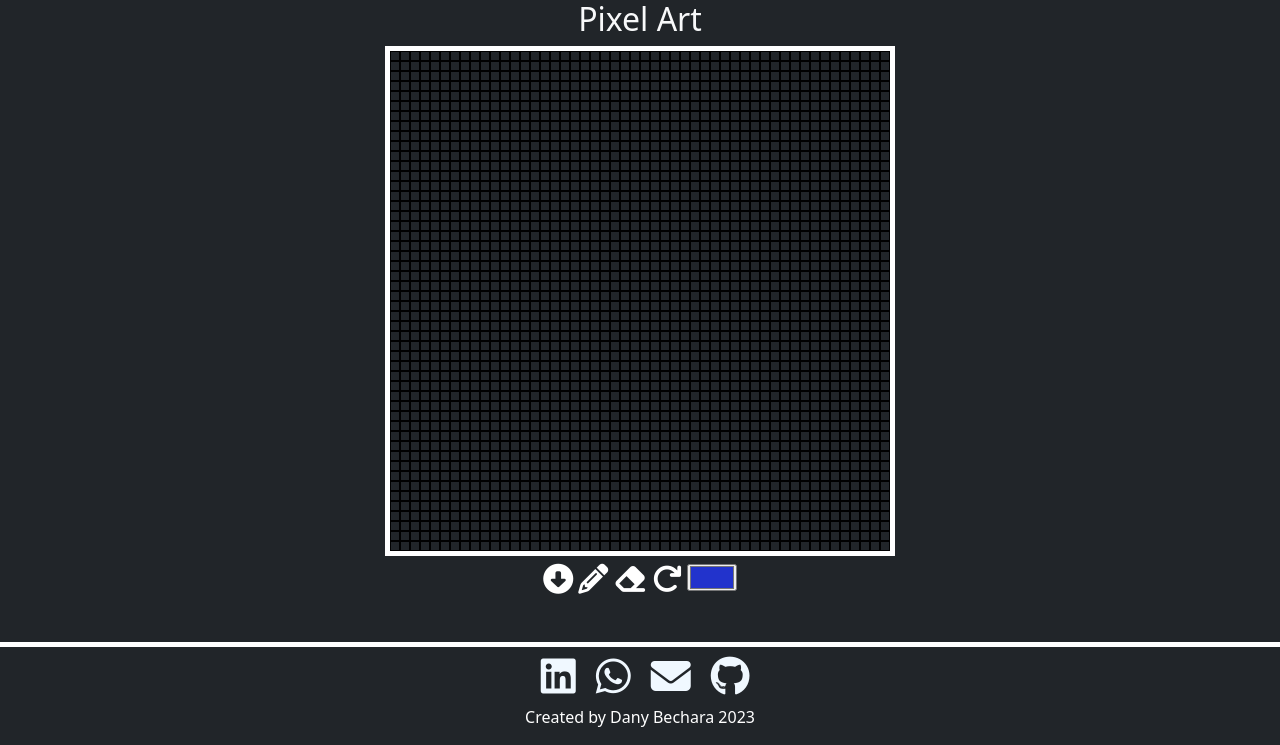
Repository: bechara611/pixelartdb
Page: /
The author's editor kept a copy of each file at every save. The page is drawn from the files as they stood at one save, then again after the next save.
The browser window is 1280 px wide. The pictures show the whole page.
Some web libraries are served in a nearby version. The project was rebuilt for these pictures with package versions that can differ from the ones it lists, and the page was loaded fresh each time. Also part of the build but not shown: vite.config.js.

Above is the page before, as saved 2023-03-07 21:04:17.

### index.html
<!DOCTYPE html>
<html lang="en">
  <head>
    <meta charset="UTF-8" />
    <link rel="icon" type="image/svg+xml" href="/vite.svg" />
    <meta name="viewport" content="width=device-width, initial-scale=1.0" />
    <title>Vite + React</title>

    <link rel="stylesheet" href="https://cdnjs.cloudflare.com/ajax/libs/font-awesome/6.3.0/css/all.min.css">
  </head>
  <body>
    <div id="root"></div>
    <script type="module" src="/src/main.jsx"></script>
  </body>
</html>

### src/main.jsx
import React from 'react'
import ReactDOM from 'react-dom/client'
import App from './App'
import 'bootstrap/dist/css/bootstrap.min.css'
import 'bootstrap/dist/js/bootstrap.bundle.js'

ReactDOM.createRoot(document.getElementById('root')).render(
  <>
  <App />

  </>

)

### src/App.jsx

import { useEffect, useState } from 'react'
import './App.css'
import { SelectableGroup } from 'react-selectable-fast'
import { Pixel } from './Pixel'
import { Footer } from './Footer'

const App = () => {
  const [pixels, setPixels] = useState([])
  const [isSelecting, setIsSelecting] = useState(false)
  const [startIndex, setStartIndex] = useState(null)
  const [colorActual, setcolorActual] = useState('#2233cc')
  const [lapiz,setLapiz]= useState(true);

  useEffect(() => {
    let contenedor = document.getElementById('contenedor')
    let divsAloAlto = Math.floor(contenedor.offsetHeight / 10)
    let divsAlOancho = Math.floor(contenedor.offsetWidth / 10);
    //para saber cuantos divs necesita un contenedor multiplica el numero de divs a lo alto * el numero de divds a lo ancho
    setPixels(Array.from({ length: divsAloAlto * divsAlOancho }, () => { return { active: false, color: colorActual } }))

  }, [])
  const onReset = () => {
    let pixelesCopy = [];
    pixelesCopy = [...pixels]
    for (let i = 0; i < pixels.length; i++) {
      pixelesCopy[i] = { active: false, color: 'transparent' }
    }
    setPixels(pixelesCopy)
  }
  const funcionArray = (index) => {
    let nuevoArray = [...pixels]
    nuevoArray[index] = { active: true, color: colorActual }
    setPixels(nuevoArray)
  }

  useEffect(() => {
    //console.log({ pixels })
  }, [pixels])

  const onMouseDown = (index) => {
    setIsSelecting(true);
    setStartIndex(index)
    // console.log('onMouseDown')
  }


  const onMouseOver2 = (index) => {
    if (isSelecting) {
      const pixelsupdated = [...pixels]
      pixelsupdated[index] = { ...pixelsupdated[index], active: true, color: colorActual }

      setPixels(pixelsupdated)

    }
    // console.log('onMouseOver')
  }

  const onMouseUp2 = (index) => {
    setIsSelecting(false)

  }
  return (
    <>
      <div className="bg-dark fondo">
        <div className="col-12 contenedor-05 ">
          <div className="contenedor-mayor header">
            <h2 className='text-light'>Pixel Art</h2>

          </div>
        </div>
        <div className="contenedor-mayor ">
          <div className="contorno">
            <div className={`contenedor ${!lapiz ? 'cursorBorrador' : 'cursorLapiz'}`} id='contenedor'>

              {

                pixels.map((a, index) => {
                  return <Pixel key={index}
                    color={a.color}
                    active={a.active}
                    funcion={() => funcionArray(index)}
                    onMouseDown={() => { onMouseDown(index) }}
                    onMouseUp={() => { onMouseUp2(index) }}
                    onMouseOver={() => { onMouseOver2(index) }}
                  ></Pixel>
                })

              }

            </div>
          </div>
        </div>
        <div className="col-12 contenedor-05  ">
          <div className="derecha mt-2">

          <i className="fa-solid fa-circle-down borrador" onClick={()=>{
            console.log('Descargar')
            }}></i>
          <i className="fa-solid fa-pencil borrador" onClick={()=>{ setLapiz(true)
            setcolorActual('#2233cc')
            }}></i>
            <i className="fa-solid fa-eraser borrador" onClick={()=>{ setLapiz(false)
            setcolorActual('transparent')
            }}></i>

            <i className="fa-solid fa-arrow-rotate-right  icono" onClick={() => { onReset() }}></i>
            <input type="color" className='selector' value={colorActual} onChange={(e) => {
               setcolorActual(e.target.value)
               setLapiz(true)
              }} />

          </div>

        </div>
        <div className="col-12 bg-dark">

        <Footer></Footer>
        </div>
      </div>



    </>

  )
}

export default App

### src/App.css
.fondo {
  height: 100vh;

}

.contorno {
  border: 5px solid white;
}

.contenedor-mayor {
  display: flex;
  flex-direction: row;
  justify-content: center;
  justify-self: center;
  align-items: center;

}

.contenedor-mayor2 {
 max-width: 100%;
  align-self: center;
  display: flex;
  flex-direction: row;
  justify-content: space-between;
}

.contenedor-05 {
  display: flex;
  flex-direction: row;
  justify-content: center;
}

.derecha {
  max-width: 100%;
  align-self: center;
  display: flex;
  flex-direction: row;
  justify-content: flex-end;
}

.pixel {
  width: 10px;
  height: 10px;
  border: 1px solid rgb(0, 0, 0);

  box-sizing: border-box;

}

.active {
  background: transparent;
}
.cursorBorrador{
  cursor: url(./assets/borrador.png), pointer;
}
.cursorLapiz{
cursor: url(./assets/pencil3.png), default;
}
.contenedor {

  display: flex;
  flex-direction: row;
  flex-wrap: wrap;
  width: 500px;
  height: 500px;
  max-width: 100%;

}

.icono {
  font-size: 30px;
  color: white;
  margin-right: 5px;
}
.borrador{
  font-size: 30px;
  color: white;
  margin-right: 5px;
  cursor: pointer;
}
.borrador:hover{
  font-size: 32px;
  color: rgb(191, 180, 180);
  transition: all .1s ease;
}

@keyframes rotar {
  from {
    transform: rotate(32deg);
  }

  to {
    transform: rotate(360deg);
  }
}

.icono:hover {
  color: rgb(171, 193, 216);
  cursor: pointer;
  animation-name: rotar;
  animation-duration: 1s;
  transition: all 1s ease;
  animation-iteration-count: infinite;
}

.selector{
cursor: pointer;
}

### src/Pixel.jsx
import React, { useState } from 'react'
import './App.css'
import {selectableGroup, createSelectable} from 'react-selectable-fast'
export const Pixel = (props) => {
    const [isActive, setisActive] = useState(false)
  return (

 <div className={`pixel ${props.active ? 'active' : ''}`} style={{ background:props.active ? props.color : ''}}
 onClick={()=>{
    setisActive(!isActive)
    props.funcion();
}}
onMouseDown={()=>{props.onMouseDown()}}
onMouseUp={()=>{props.onMouseUp()}}
onTouchEnd={()=>{props.onMouseUp()}}
onMouseOver={()=>{props.onMouseOver()}}
onTouchStart={()=>{{
    props.onMouseDown()
    props.onMouseOver()}}}
 >

 </div>
  )
}

### src/Footer.jsx
import React from 'react'
import './Footer.css'


let linkdn="https://linkedin.com/in/DanyBechara";
let correo="mailto:bechara611@gmail.com";
let blank='_blank';
let github='https://github.com/bechara611';
let whatssap='https://wa.me/584120361952';

export const Footer = () => {
  return (
    <>
      {/*Aca este footer le estamos colocando una posicion absolute y a su padre relativa para poder ubicarlo al final de su div padre */}
      <div className="footer col-12 mt-5 pt-1">
      <a href={linkdn} target={blank} className='animate__animated animate__lightSpeedInLeft'><i className=" linkdin fa-brands fa-linkedin iconoRedes"></i></a>
      <a href={whatssap} target={blank}  className='animate__animated animate__lightSpeedInLeft'><i className="whatssap fa-brands fa-whatsapp iconoRedes"></i></a>
      <a href={correo} target={blank}  className='animate__animated animate__lightSpeedInLeft'><i className="gmail fa-solid  fa-envelope iconoRedes"></i></a>
      <a href={github} target={blank}  className='  animate__animated animate__lightSpeedInLeft'><i className=" github fa-brands fa-github iconoRedes"></i></a>

     <div className="col-12 contenedor-mensaje-footer mt-1">
     <div className="col-12 contenedor-mensaje-footer">
     <p className='mensaje'>Created by Dany Bechara {new Date().getFullYear().toString()}</p>
     </div>

     </div>
      </div>
    </>

  )
}

### src/Footer.css
.footer{
    color: white;
    margin-top: 10px;
    border-top: 5px solid white;

    display: flex;
    flex-direction: row;
    justify-content: center;
    text-align: center;
    align-items: center;
    justify-items: center;
 flex-wrap: wrap;

}

.iconoRedes{
    font-size: 40px;
    padding-left: 10px;
    margin: 5px;
    color: aliceblue;
}

.github:hover{
    color: #6e5494;

}

.whatssap:hover{
color: #25d366;
}

.gmail:hover{
color:#cc0000;
}
.linkdin:hover{
color:#00a0dc;
}

.contenedor-mensaje-footer{
    display: flex;
    flex-direction: row;
    justify-content: center;
    text-align: center;
    align-items: center;
    justify-items: center;
}

/*?RESPONSIVE*/

@media(max-width:255px){
    .iconoRedes{
        font-size: 30px;
        padding-left: 5px;
    }
    .mensaje{
        font-size: 10px;
    }
}

After the next save:
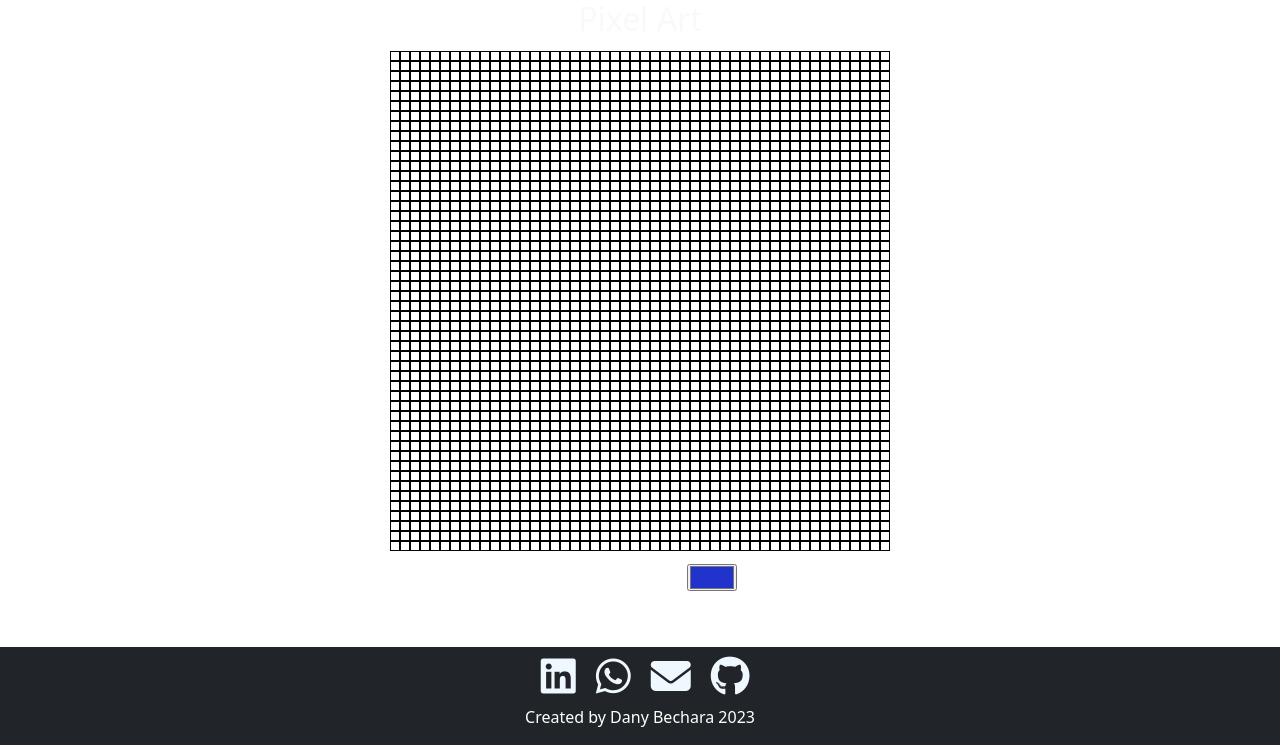
Saved 59 s later.
--- a/src/App.jsx
+++ b/src/App.jsx
@@ -62,7 +62,7 @@
   }
   return (
     <>
-      <div className="bg-dark fondo">
+      <div className="">
         <div className="col-12 contenedor-05 ">
           <div className="contenedor-mayor header">
             <h2 className='text-light'>Pixel Art</h2>

After the save that followed:
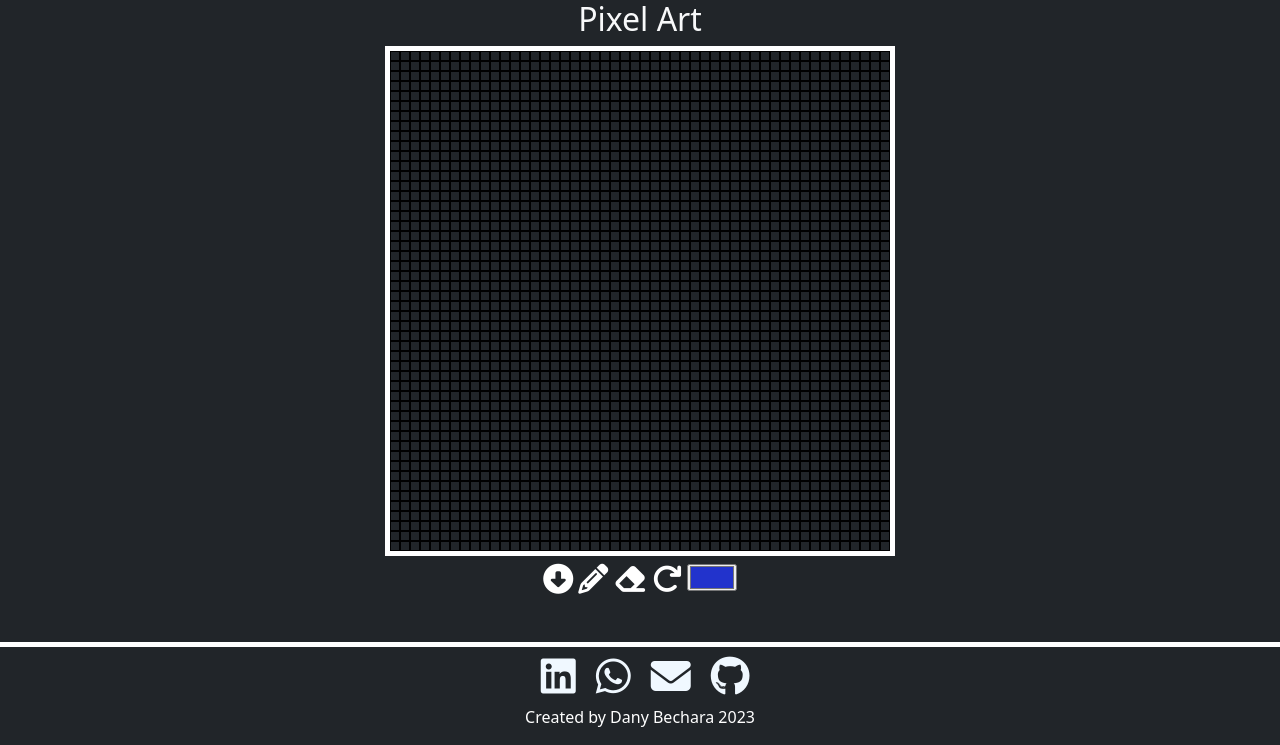
Saved 13 s later.
--- a/src/App.jsx
+++ b/src/App.jsx
@@ -62,7 +62,7 @@
   }
   return (
     <>
-      <div className="">
+      <div className="bg-dark fondo">
         <div className="col-12 contenedor-05 ">
           <div className="contenedor-mayor header">
             <h2 className='text-light'>Pixel Art</h2>
